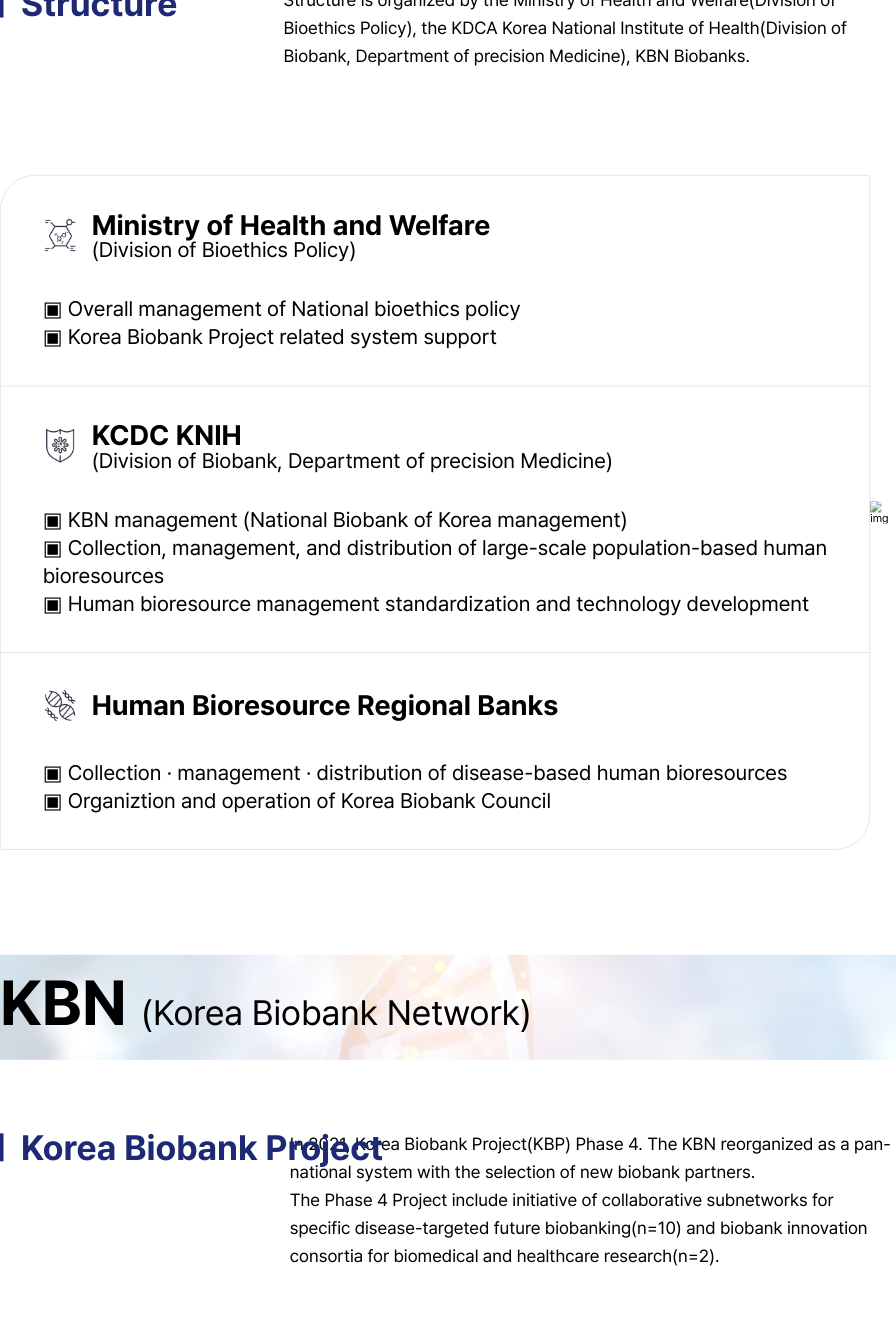
Repository: dlgywls1130/kbn_makedit
Page: index.html
The author's editor kept a copy of each file at every save. The page is drawn from the files as they stood at one save, then again after the next save.
The browser window is 1280 px wide. The pictures show the part of the page from y = 1730 to 3650 px (the page is 5531 px tall before and 5211 px after), at 70% of full size.
Some web libraries are served in a nearby version.

Above is the page before, as saved 2023-10-15 16:23:52.

After the next save:
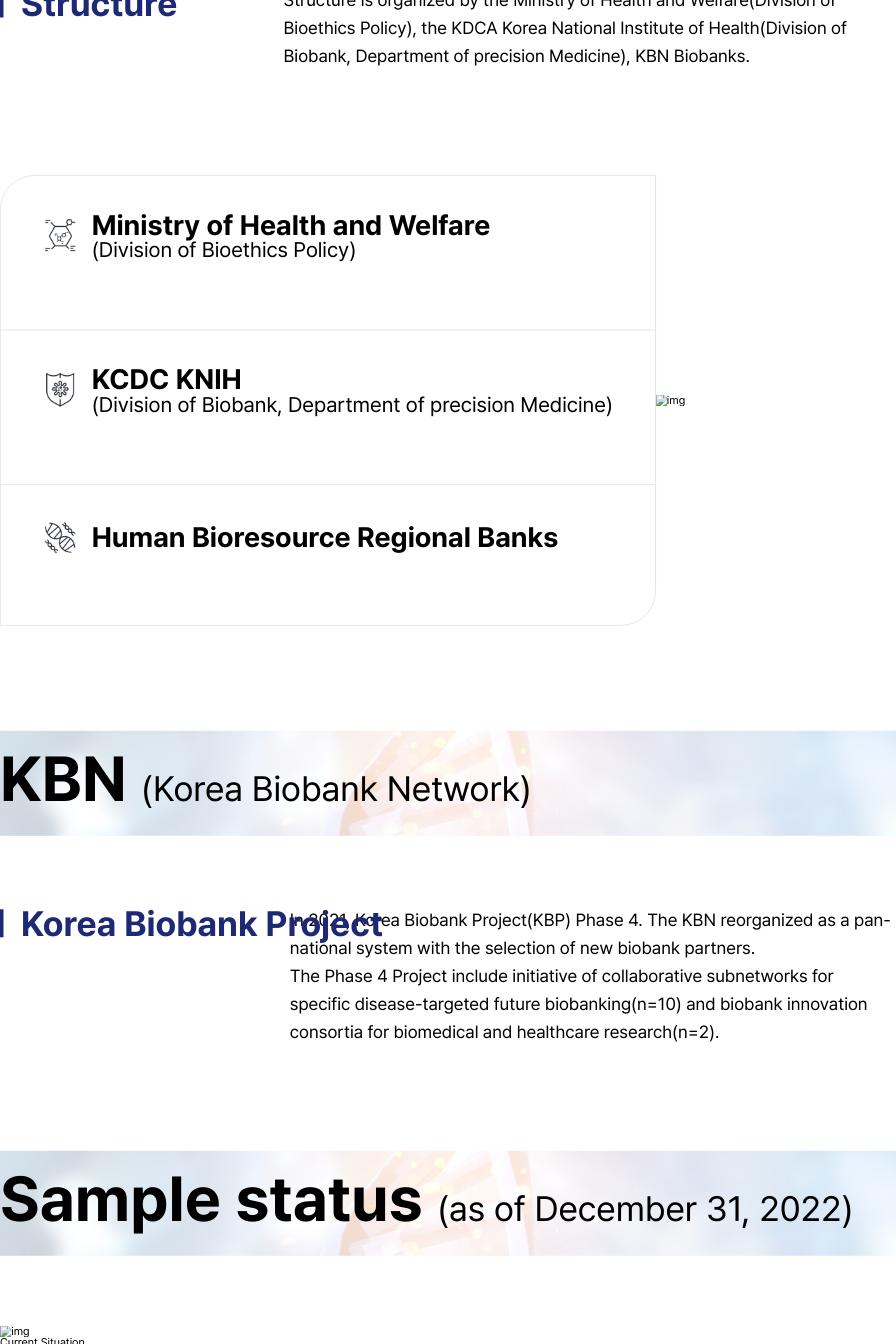
Saved 102 s later.
--- a/css/style.css
+++ b/css/style.css
@@ -321,6 +321,7 @@
  display: flex;
  align-items: center;
  padding-bottom: 50px;
+ cursor: pointer;
 }
 
 
@@ -349,6 +350,7 @@
 }
 
 .accordion-item .paragraph{
+    display: none;
     font-size: 30px;
     font-weight: 300;
     line-height: 40px;
